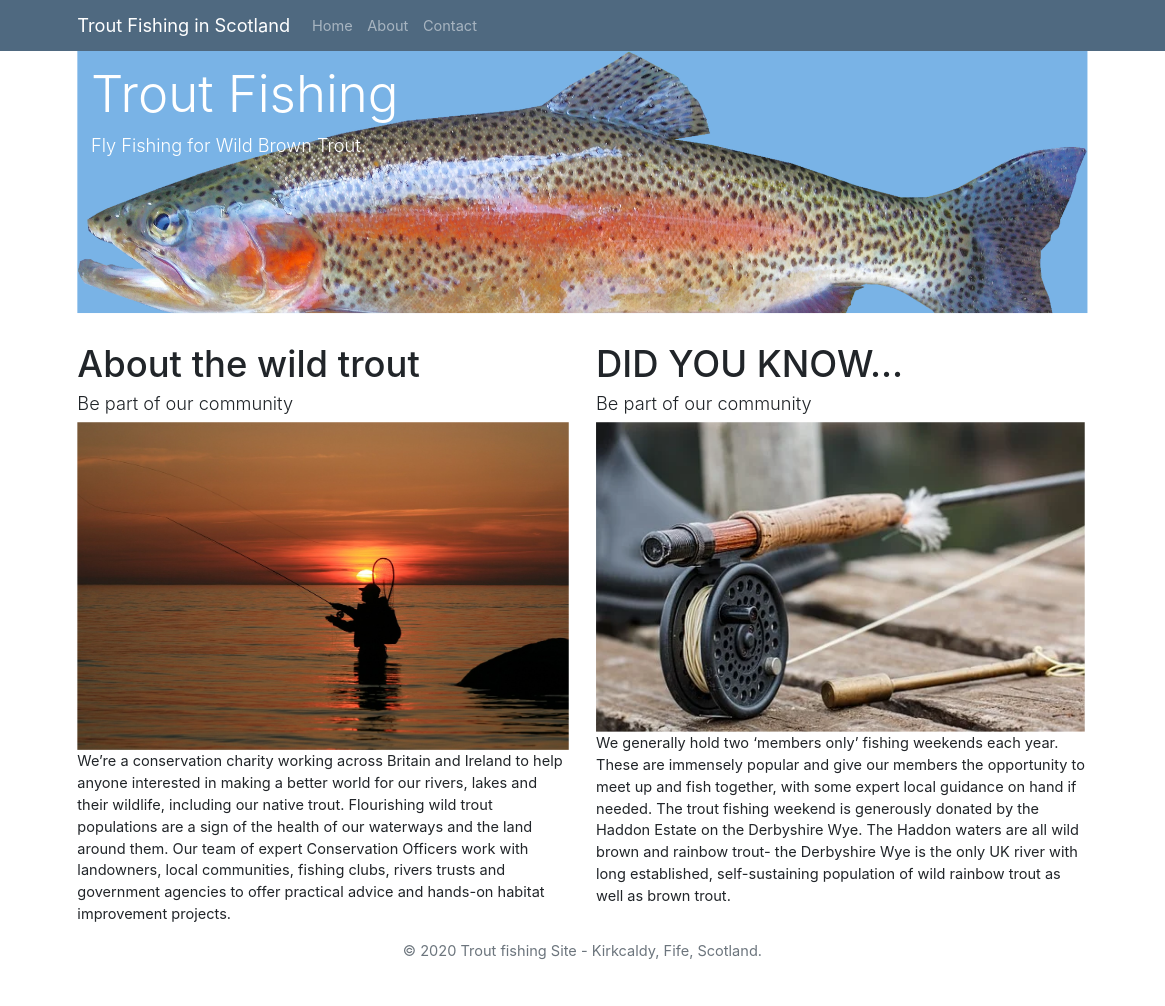
Repository: adrian9211/College_project
Page: about.html
An editor plug-in stored every save of this project. The page is shown before and after the next save, followed by the edit.
The browser window is 1280 px wide. The pictures show the whole page, at 91% of full size.

Above is the page before, as saved 2020-11-04 09:54:02.

After the next save:
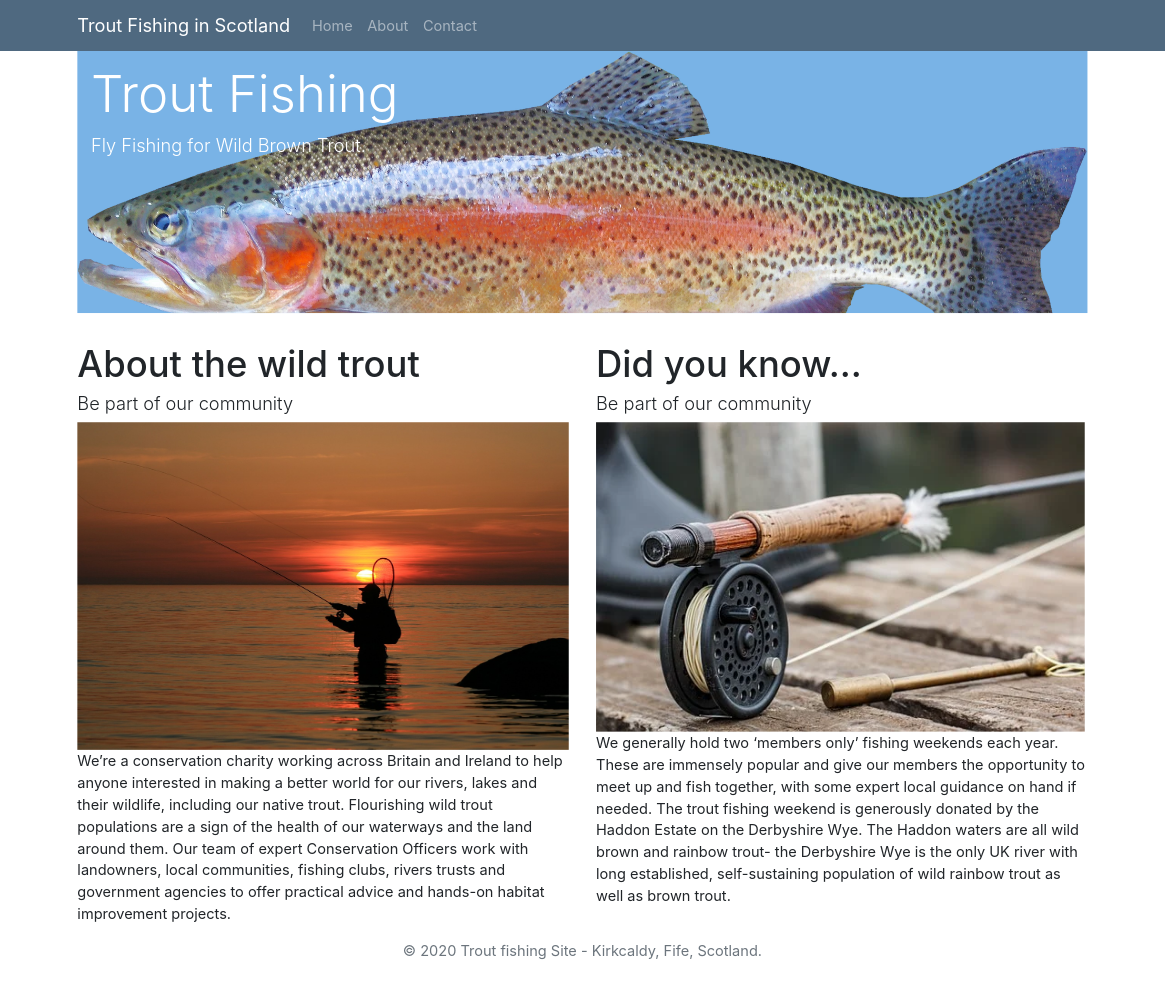
Saved 10 s later.
--- a/about.html
+++ b/about.html
@@ -58,7 +58,7 @@
         </div>
         <div class="col-sm-6">
           <h1>
-            DID YOU KNOW...
+            Did you know...
           </h1>
           <h4 class="lead">Be part of our community</h4>
           <img src="img/fly-fishing-474090__340.webp" alt="angler" class="img-fluid">
